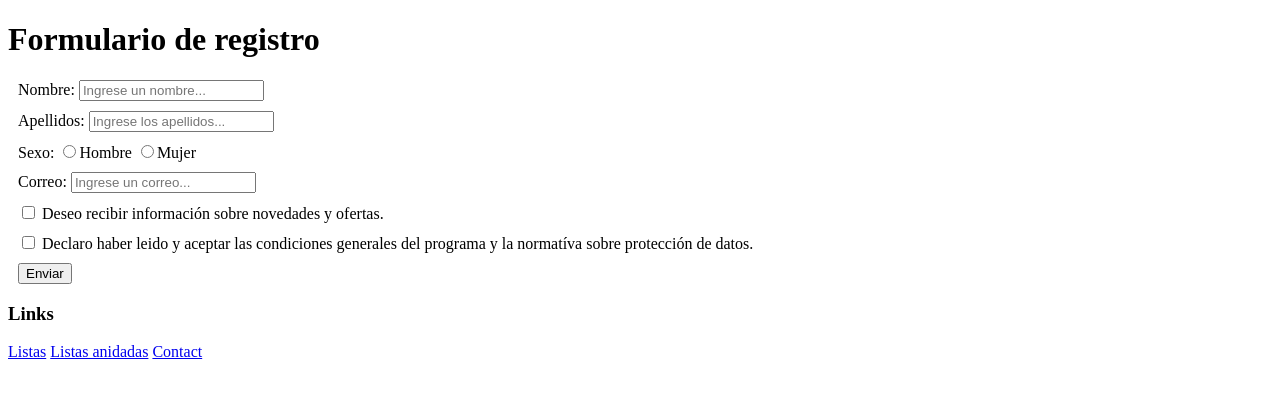
Repository: lucas-itup/Multimodal-AI-Dermatological-Diagnosis-System
Page: index.html
These files come from the project's save history. The page is drawn as it stood at one moment and after the next save; the edit follows.
The browser window is 1280 px wide. The pictures show the whole page.

Above is the page before, as saved 2022-05-11 16:20:35.

### index.html
<!DOCTYPE html>
<html lang="en">

<head>
    <meta charset="UTF-8">
    <meta http-equiv="X-UA-Compatible" content="IE=edge">
    <meta name="viewport" content="width=device-width, initial-scale=1.0">
    <title>Formulario</title>
</head>
<style>
    .margin {
        margin: 10px;
    }
</style>

<body>
    <h1>Formulario de registro</h1>
    <div>
        <form method="post" target="" id="form-registro">
            <div class="margin">
                <label for="nombre">Nombre:</label>
                <input name="nombre" id="nombre" type="text" placeholder="Ingrese un nombre...">
            </div>
            <div class="margin">
                <label for="apellido">Apellidos:</label>
                <input name="apellido" id="apellido" type="text" placeholder="Ingrese los apellidos...">
            </div>
            <div class="margin">
                <label>Sexo:</label>
                <input id="hombre" name="sexo" type="radio"><label for="hombre">Hombre</label>
                <input id="mujer" name="sexo" type="radio"><label for="mujer">Mujer</label>
            </div>
            <div class="margin">
                <label>Correo:</label>
                <input name="correo" id="correo" type="email" placeholder="Ingrese un correo...">
            </div>
            <div class="margin">
                <input name="novedades" id="novedades" type="checkbox">
                <label for="novedades">Deseo recibir información sobre novedades y ofertas.</label>
            </div>
            <div class="margin">
                <input name="programas" id="programas" type="checkbox">
                <label for="programas">Declaro haber leido y aceptar las condiciones generales del programa y la normatíva sobre protección de datos.</label>
            </div>
            <div class="margin">
                <button type="button" id="btn-enviar">Enviar</button>
            </div>
        </form>
    </div>
</body>
<footer>

    <div>
        <h3>Links</h3>
        <nav>
            <a href="listas/listas.html">Listas</a>
            <a href="listas/listasanidadas.html">Listas anidadas</a>
            <a href="#">Contact</a>
        </nav>
    </div>
</footer>

</html>

After the next save:
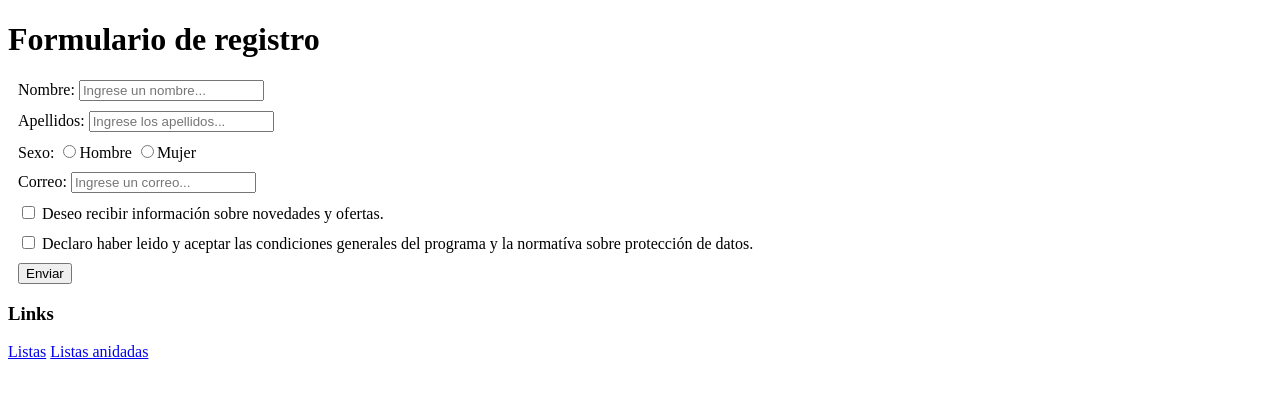
Saved 86 s later.
--- a/index.html
+++ b/index.html
@@ -55,7 +55,6 @@
         <nav>
             <a href="listas/listas.html">Listas</a>
             <a href="listas/listasanidadas.html">Listas anidadas</a>
-            <a href="#">Contact</a>
         </nav>
     </div>
 </footer>
